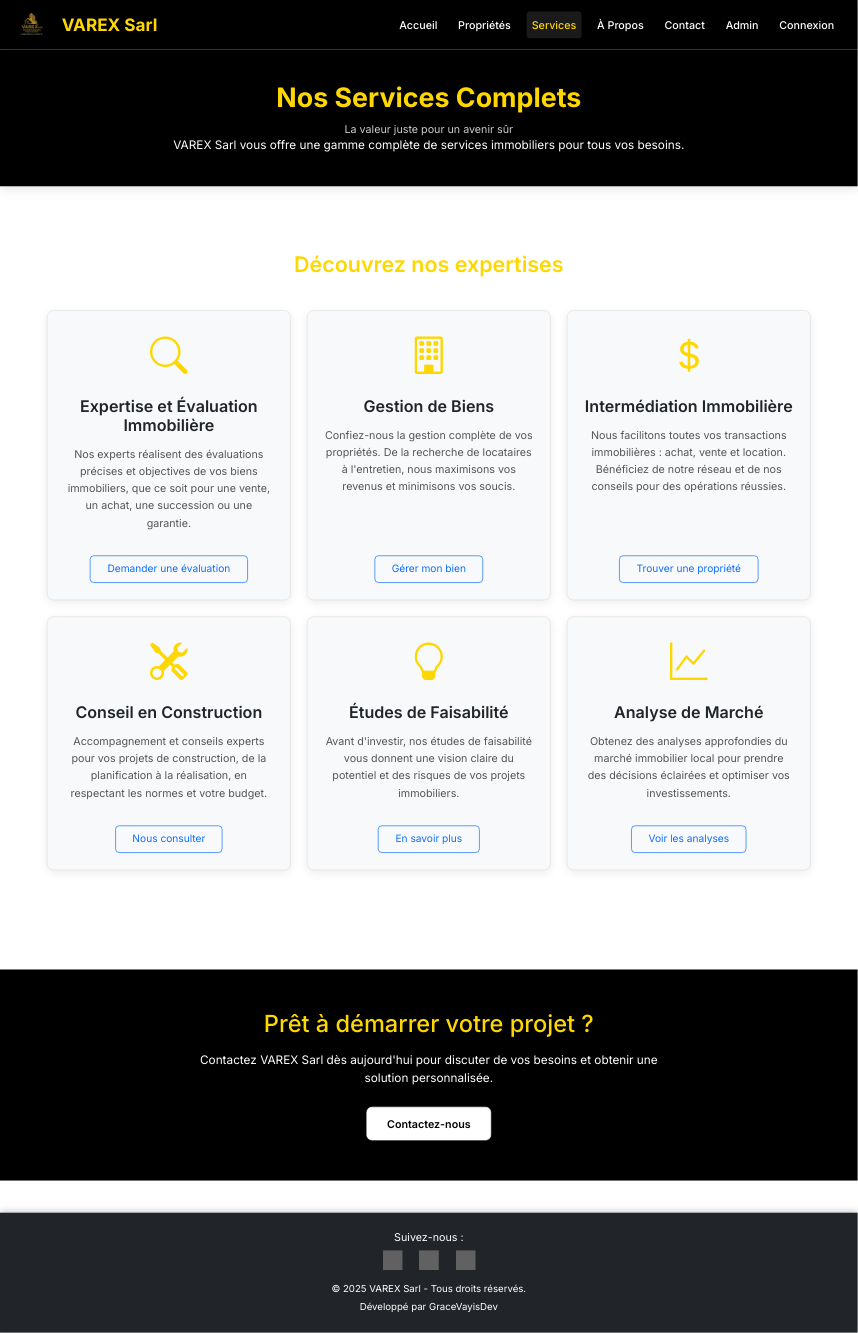
Repository: gradi243/catine
Page: service.html
An editor plug-in stored every save of this project. The page is shown before and after the next save, followed by the edit.
The browser window is 1280 px wide. The pictures show the whole page, at 67% of full size.
Pictures or frames that could not be fetched are drawn as grey boxes.

Above is the page before, as saved 2025-06-30 23:59:30.

### service.html
<!DOCTYPE html>
<html lang="fr">
<head>
    <meta charset="UTF-8">
    <meta name="viewport" content="width=device-width, initial-scale=1.0">
    <title>Nos Services - VAREX Sarl</title>
    <!-- Bootstrap CSS via CDN -->
    <link href="https://cdn.jsdelivr.net/npm/bootstrap@5.3.2/dist/css/bootstrap.min.css" rel="stylesheet" xintegrity="sha384-T3c6CoIi6uLrA9TneNEoa7RxnatzjcDSCmG1MXxSR1GAsXEV/Dwwykc2MPK8M2HN" crossorigin="anonymous">
    <!-- Bootstrap Icons via CDN -->
    <link href="https://cdn.jsdelivr.net/npm/bootstrap-icons@1.10.5/font/bootstrap-icons.css" rel="stylesheet">
    <!-- Google Fonts: Inter for a clean, modern look -->
    <link href="https://fonts.googleapis.com/css2?family=Inter:wght@300;400;500;600;700&display=swap" rel="stylesheet">
    <!-- Custom Styles -->
    <style>
        /* Define CSS Variables for the new color palette */
        :root {
            --color-primary-yellow: #FFD700; /* Gold/Yellow */
            --color-secondary-black: #000000; /* Black */
            --color-light-white: #FFFFFF; /* White */
            --color-dark-grey-text: #212529; /* Dark grey for general text */
        }

        body {
            font-family: 'Inter', sans-serif;
            background-color: var(--color-light-white);
            color: var(--color-dark-grey-text);
            display: flex;
            flex-direction: column;
            min-height: 100vh;
        }

        /* Navbar Customization */
        .navbar {
            background-color: var(--color-secondary-black) !important;
            box-shadow: 0 2px 10px rgba(0, 0, 0, 0.2);
            padding-top: 0.75rem;
            padding-bottom: 0.75rem;
        }
        .navbar-brand {
            font-weight: 700;
            font-size: 1.6rem;
            color: var(--color-primary-yellow) !important;
            display: flex;
            align-items: center;
        }
        .navbar-brand #companyLogo {
            width: 70px;
            height: 40px;
            margin-right: 10px;
            display: flex;
            justify-content: center;
            align-items: center;
            flex-shrink: 0;
        }
        .navbar-brand #companyLogo img {
            max-width: 100%;
            max-height: 100%;
            object-fit: contain;
            border-radius: 5px;
        }
        .navbar-nav .nav-link {
            color: var(--color-light-white) !important;
            font-weight: 500;
            margin-right: 15px;
            padding: 8px 12px;
            border-radius: 5px;
            transition: background-color 0.3s ease, color 0.3s ease;
        }
        .navbar-nav .nav-link:hover,
        .navbar-nav .nav-link.active {
            background-color: rgba(255, 255, 255, 0.1);
            color: var(--color-primary-yellow) !important;
        }
        .navbar-toggler {
            border-color: rgba(255, 255, 255, 0.3);
        }
        .navbar-toggler-icon {
            background-image: url("data:[embedded picture, 214 characters]");
        }

        /* Header (Hero Section) Customization */
        header {
            background-color: var(--color-secondary-black) !important;
            color: var(--color-light-white) !important;
            padding: 60px 0;
            text-align: center;
            box-shadow: 0 4px 15px rgba(0, 0, 0, 0.1);
        }
        header h1 {
            font-size: 2.5rem;
            font-weight: 700;
            color: var(--color-primary-yellow) !important;
            margin-bottom: 10px;
        }
        header p {
            font-size: 1.1rem;
            color: var(--color-light-white);
            max-width: 800px;
            margin: 0 auto;
        }
        header .slogan {
            font-size: 1rem;
            color: #ccc;
            margin-top: 5px;
        }

        /* Section Titles */
        .text-primary {
            color: var(--color-primary-yellow) !important;
        }

        /* Services Section Specifics */
        .services-section {
            background-color: var(--color-light-white);
            padding: 50px 0;
        }
        .services-section h2 {
            font-size: 2rem;
            font-weight: 600;
            margin-bottom: 30px;
            color: var(--color-dark-grey-text);
        }
        .service-card {
            border: 1px solid #e0e0e0;
            border-radius: 10px;
            box-shadow: 0 4px 15px rgba(0, 0, 0, 0.08);
            transition: transform 0.3s ease, box-shadow 0.3s ease;
            background-color: #f8f9fa; /* Light grey background for cards */
            padding: 25px;
            text-align: center;
            display: flex;
            flex-direction: column;
            align-items: center;
            justify-content: flex-start; /* Align content to the top */
            height: 100%; /* Ensure cards have equal height */
        }
        .service-card:hover {
            transform: translateY(-5px);
            box-shadow: 0 8px 25px rgba(0, 0, 0, 0.15);
        }
        .service-card i {
            font-size: 3.5rem; /* Large icons */
            color: var(--color-primary-yellow);
            margin-bottom: 20px;
        }
        .service-card h5 {
            color: var(--color-dark-grey-text);
            font-size: 1.5rem;
            font-weight: 600;
            margin-bottom: 15px;
        }
        .service-card p {
            font-size: 1rem;
            line-height: 1.6;
            color: #555;
            flex-grow: 1; /* Allow description to take available space */
        }
        .service-card .btn-outline-primary {
            margin-top: 20px;
            width: auto;
            padding: 8px 25px;
            font-size: 0.95rem;
        }

        /* Call to Action Section */
        .cta-section {
            background-color: var(--color-secondary-black);
            color: var(--color-light-white);
            padding: 60px 0;
            text-align: center;
            margin-top: 50px;
        }
        .cta-section h2 {
            color: var(--color-primary-yellow);
            font-size: 2.2rem;
            margin-bottom: 20px;
        }
        .cta-section p {
            font-size: 1.1rem;
            max-width: 700px;
            margin: 0 auto 30px auto;
        }
        .cta-section .btn-light {
            background-color: var(--color-light-white);
            border-color: var(--color-light-white);
            color: var(--color-secondary-black);
            font-weight: 600;
            padding: 12px 30px;
            border-radius: 8px;
            transition: background-color 0.3s ease, transform 0.2s ease;
        }
        .cta-section .btn-light:hover {
            background-color: #e0e0e0;
            border-color: #e0e0e0;
            transform: translateY(-2px);
        }


        /* Footer Customization */
        footer {
            background-color: var(--color-secondary-black) !important;
            color: var(--color-light-white) !important;
            padding: 40px 0;
            margin-top: auto;
            box-shadow: 0 -2px 10px rgba(0, 0, 0, 0.2);
        }
        footer .social-icons a {
            margin: 0 10px;
            display: inline-block;
        }
        footer .social-icons img {
            width: 30px;
            height: 30px;
            filter: invert(100%) sepia(100%) saturate(0%) hue-rotate(285deg) brightness(100%) contrast(100%);
            transition: transform 0.2s ease;
        }
        footer .social-icons img:hover {
            transform: scale(1.1);
        }
        footer p {
            font-size: 0.9rem;
            margin-bottom: 5px;
        }

        /* Responsive adjustments */
        @media (max-width: 768px) {
            header h1 {
                font-size: 2rem;
            }
            header p {
                font-size: 1rem;
            }
            .services-section h2 {
                font-size: 1.8rem;
            }
            .service-card h5 {
                font-size: 1.3rem;
            }
            .service-card p {
                font-size: 0.9rem;
            }
            .cta-section h2 {
                font-size: 1.8rem;
            }
            .cta-section p {
                font-size: 1rem;
            }
        }
        @media (max-width: 576px) {
            .navbar-brand {
                font-size: 1.4rem;
            }
            header {
                padding: 40px 0;
            }
            header h1 {
                font-size: 1.6rem;
            }
            header .slogan {
                font-size: 0.9rem;
            }
            .service-card {
                padding: 20px;
            }
            .service-card i {
                font-size: 3rem;
            }
        }
    </style>
</head>
<body>

<nav class="navbar navbar-expand-lg navbar-dark">
    <div class="container-fluid">
        <a class="navbar-brand" href="index.html">
            <div id="companyLogo">
               <img src="img/logo.jpeg" alt="VAREX Sarl Logo">
            </div>
            <strong>VAREX Sarl</strong>
        </a>
        <button class="navbar-toggler" type="button" data-bs-toggle="collapse" data-bs-target="#navbarNav" aria-controls="navbarNav" aria-expanded="false" aria-label="Toggle navigation">
            <span class="navbar-toggler-icon"></span>
        </button>
        <div class="collapse navbar-collapse" id="navbarNav">
            <ul class="navbar-nav ms-auto">
                <li class="nav-item"><a class="nav-link" href="index.html">Accueil</a></li>
                <li class="nav-item"><a class="nav-link" href="categorie.html">Propriétés</a></li>
                <li class="nav-item"><a class="nav-link active" aria-current="page" href="service.html">Services</a></li>
                <li class="nav-item"><a class="nav-link" href="apropos.html">À Propos</a></li>
                <li class="nav-item"><a class="nav-link" href="contact.html">Contact</a></li>
                <li class="nav-item"><a class="nav-link" href="admin/index.html">Admin</a></li>
                <li class="nav-item"><a class="nav-link" href="login.html">Connexion</a></li>
            </ul>
        </div>
    </div>
</nav>

<header class="text-center py-5">
    <h1>Nos Services Complets</h1>
    <p class="slogan">La valeur juste pour un avenir sûr</p>
    <p>VAREX Sarl vous offre une gamme complète de services immobiliers pour tous vos besoins.</p>
</header>

<section class="container my-5 services-section">
    <h2 class="text-center text-primary mb-5">Découvrez nos expertises</h2>
    <div class="row g-4 justify-content-center">
        <!-- Service: Expertise et Évaluation Immobilière -->
        <div class="col-md-6 col-lg-4">
            <div class="service-card">
                <i class="bi bi-search"></i>
                <h5>Expertise et Évaluation Immobilière</h5>
                <p>Nos experts réalisent des évaluations précises et objectives de vos biens immobiliers, que ce soit pour une vente, un achat, une succession ou une garantie.</p>
                <a href="./contact.html" class="btn btn-outline-primary">Demander une évaluation</a>
            </div>
        </div>
        <!-- Service: Gestion de Biens -->
        <div class="col-md-6 col-lg-4">
            <div class="service-card">
                <i class="bi bi-building"></i>
                <h5>Gestion de Biens</h5>
                <p>Confiez-nous la gestion complète de vos propriétés. De la recherche de locataires à l'entretien, nous maximisons vos revenus et minimisons vos soucis.</p>
                <a href="./contact.html" class="btn btn-outline-primary">Gérer mon bien</a>
            </div>
        </div>
        <!-- Service: Intermédiation Immobilière -->
        <div class="col-md-6 col-lg-4">
            <div class="service-card">
                <i class="bi bi-currency-dollar"></i>
                <h5>Intermédiation Immobilière</h5>
                <p>Nous facilitons toutes vos transactions immobilières : achat, vente et location. Bénéficiez de notre réseau et de nos conseils pour des opérations réussies.</p>
                <a href="./contact.html" class="btn btn-outline-primary">Trouver une propriété</a>
            </div>
        </div>
        <!-- Vous pouvez ajouter d'autres services ici -->
        <div class="col-md-6 col-lg-4">
            <div class="service-card">
                <i class="bi bi-tools"></i>
                <h5>Conseil en Construction</h5>
                <p>Accompagnement et conseils experts pour vos projets de construction, de la planification à la réalisation, en respectant les normes et votre budget.</p>
                <a href="./contact.html" class="btn btn-outline-primary">Nous consulter</a>
            </div>
        </div>
        <div class="col-md-6 col-lg-4">
            <div class="service-card">
                <i class="bi bi-lightbulb"></i>
                <h5>Études de Faisabilité</h5>
                <p>Avant d'investir, nos études de faisabilité vous donnent une vision claire du potentiel et des risques de vos projets immobiliers.</p>
                <a href="./contact.html" class="btn btn-outline-primary">En savoir plus</a>
            </div>
        </div>
        <div class="col-md-6 col-lg-4">
            <div class="service-card">
                <i class="bi bi-graph-up"></i>
                <h5>Analyse de Marché</h5>
                <p>Obtenez des analyses approfondies du marché immobilier local pour prendre des décisions éclairées et optimiser vos investissements.</p>
                <a href="./contact.html" class="btn btn-outline-primary">Voir les analyses</a>
            </div>
        </div>
    </div>
</section>

<section class="cta-section">
    <h2>Prêt à démarrer votre projet ?</h2>
    <p>Contactez VAREX Sarl dès aujourd'hui pour discuter de vos besoins et obtenir une solution personnalisée.</p>
    <a href="contact.html" class="btn btn-light">Contactez-nous</a>
</section>

<footer class="text-center text-white py-4 bg-dark mt-5">
    <div class="mb-2">Suivez-nous :</div>
    <div class="social-icons">
        <a href="#"><img src="https://upload.wikimedia.org/wikipedia/commons/thumb/6/6b/WhatsApp.svg/2048px-WhatsApp.svg.png" alt="WhatsApp" style="filter: invert(100%);"></a>
        <a href="#"><img src="https://upload.wikimedia.org/wikipedia/commons/thumb/7/7e/Gmail_icon_%282020%29.svg/512px-Gmail_icon_%282020%29.svg.png" alt="Gmail" style="filter: invert(100%);"></a>
        <a href="#"><img src="https://upload.wikimedia.org/wikipedia/commons/thumb/b/b8/2021_Facebook_icon.svg/2048px-2021_Facebook_icon.svg.png" alt="Facebook" style="filter: invert(100%);"></a>
    </div>
    <p class="mt-3">&copy; 2025 VAREX Sarl - Tous droits réservés.</p>
    <p>Développé par GraceVayisDev</p>
</footer>

<!-- Bootstrap Bundle JS (includes Popper) -->
<script src="https://cdn.jsdelivr.net/npm/bootstrap@5.3.2/dist/js/bootstrap.bundle.min.js" xintegrity="sha384-C6RzsynM9kWDrMNeT87bh95OGNyZPhcTNXj1NW7RuBCsyN/o0jlpcV8Qyq46cDfL" crossorigin="anonymous"></script>
</body>
</html>

After the next save:
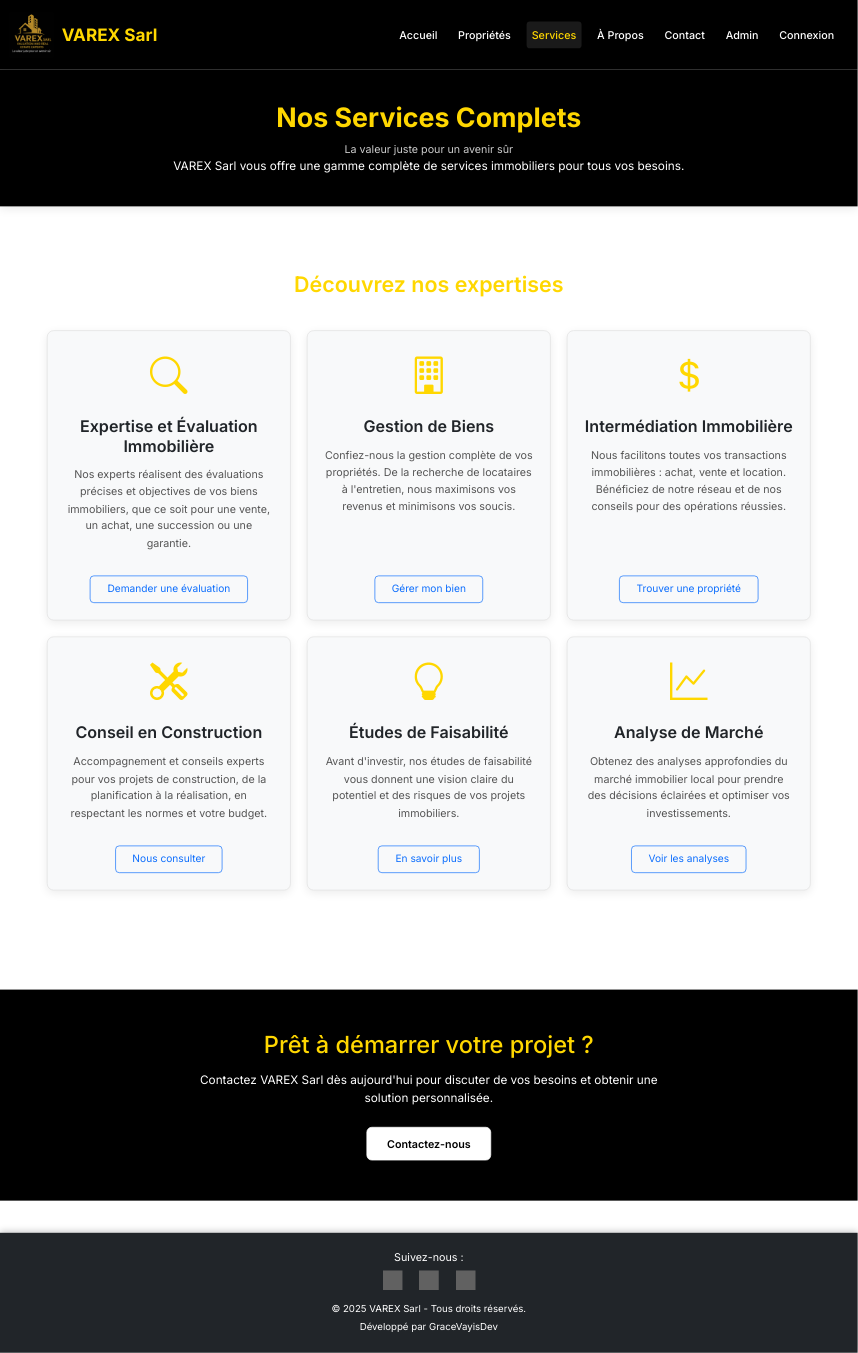
Saved 4 s later.
--- a/service.html
+++ b/service.html
@@ -45,7 +45,7 @@
         }
         .navbar-brand #companyLogo {
             width: 70px;
-            height: 40px;
+            height: 70px;
             margin-right: 10px;
             display: flex;
             justify-content: center;
